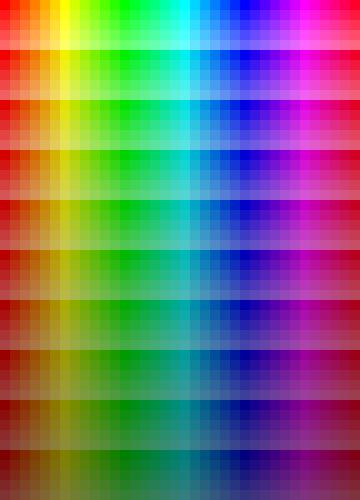
Repository: GitUserG1729/mapf
Script's output: python mapf_visualizer-py/color.py
An editor plug-in stored every save of this project. The script's output is shown before and after a run of saves, followed by the edit.
The window is shown after at most 60 frames with no key pressed. Random numbers start from a fixed seed.

Above is the script's output before, as saved 2021-07-19 18:11:00.

After the next 4 saves:
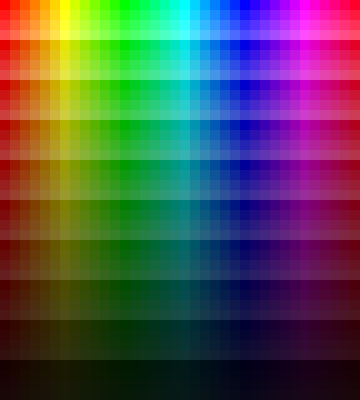
The 4 saves are shown as one change because 3 did not build or start.
The last was saved 71 s later.
--- a/mapf_visualizer-py/color.py
+++ b/mapf_visualizer-py/color.py
@@ -11,7 +11,7 @@ def k_contrast_color(k_color, HSV_list):
   H_min_step = 10
   H_max_num = 360 // H_min_step
   S_min_step = 10
-  S_max_num = math.floor(40 / S_min_step) + 1
+  S_max_num = math.floor(30 / S_min_step) + 1
   I_min_step = 10
   I_max_num = math.floor(90 / I_min_step) + 1
 
@@ -34,7 +34,7 @@ def k_contrast_color(k_color, HSV_list):
         I = 100
         H_step = H_min_step
         S_num = math.ceil(k_color / H_max_num)
-        S_step = 50 / (S_num-1)
+        S_step = 30 / (S_num-1)
         for i in range(k_color):
           Hi = i % H_max_num
           tmp_H = Hi * H_step
@@ -46,7 +46,7 @@ def k_contrast_color(k_color, HSV_list):
         S_step = 10
         H_step = H_min_step
         I_num = math.ceil(k_color / (H_max_num*S_max_num))
-        I_step = 50 / (I_num-1)
+        I_step = 90 / (I_num-1)
         for i in range(k_color):
           Hi = i % H_max_num
           tmp_H = Hi * H_step
@@ -64,7 +64,7 @@ def k_contrast_color(k_color, HSV_list):
 
 if __name__ == '__main__':
   grid_len = 36
-  grid_wid = 50
+  grid_wid = 40
   grid_size = 10
   win_len = grid_len*grid_size
   win_wid = grid_wid*grid_size
